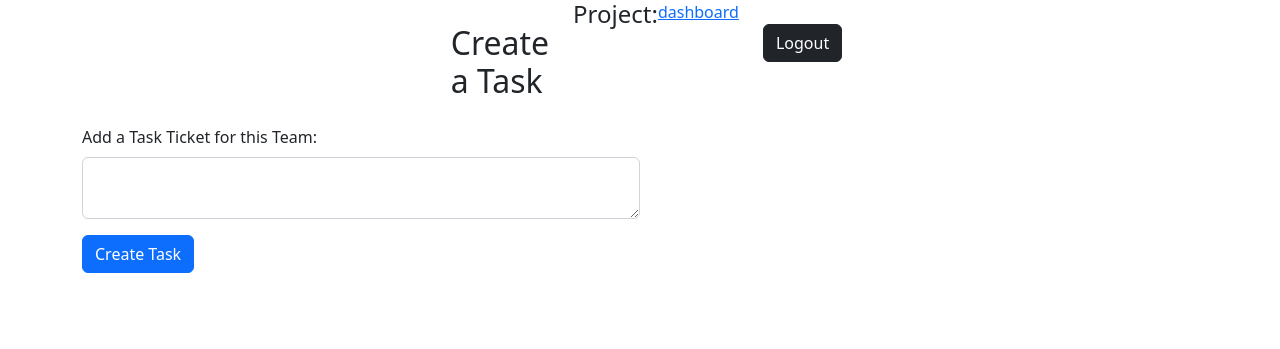
Repository: Watchitgo333/JavaTemplates
Page: http://localhost/ProjectManager/WEB-INF/ProjectTasks.jsp
These files come from the project's save history. The page is drawn as it stood at one moment and after the next save; the edit follows.
The browser window is 1280 px wide. The pictures show the whole page.
The page is served by Tomcat 9. Nobody is signed in. Other server files are loaded and not shown. The template is opened directly, without the code that normally fills it, so the values that code supplies are empty.

Above is the page before, as saved 2022-06-21 00:16:53.

### TemplateCode/ProjectManager/ProjectManager/src/main/webapp/WEB-INF/ProjectTasks.jsp
<%@ page language="java" contentType="text/html; charset=UTF-8" pageEncoding="UTF-8"%>
<%@ taglib prefix="c" uri="http://java.sun.com/jsp/jstl/core"%>
<%@ taglib prefix="form" uri="http://www.springframework.org/tags/form" %>
<%@ page isErrorPage="true"%>
<!-- CSS only -->
<link href="https://cdn.jsdelivr.net/npm/bootstrap@5.2.0-beta1/dist/css/bootstrap.min.css" rel="stylesheet" integrity="sha384-0evHe/X+R7YkIZDRvuzKMRqM+OrBnVFBL6DOitfPri4tjfHxaWutUpFmBp4vmVor" crossorigin="anonymous">
<!DOCTYPE html>
<html>
<head>
<meta charset="UTF-8">
<title>Project Tasks</title>
</head>
<body>
	<div class="mx-auto col-4 d-flex justify-content-start">
		<h2 class="m-4">Create a Task</h2>
		<h4>Project: ${project.title}</h4>
		<a href="/dashboard">dashboard</a>
		<form action="/logout" method="GET">
			<button type="submit" class="btn btn-dark m-4">Logout</button>
		</form>
	</div>
	<div class="container">
		<form:form class="col-6" action="/projects/${project.id}/tasks/create" method="POST" modelAttribute="task">
			<div class="mb-3">
				<form:label path="taskName" class="form-label">Add a Task Ticket for this Team:</form:label>
				<form:errors class="text-danger" path="taskName"/>
				<form:textarea class="form-control" path="taskName"/>
			</div>
			<button class="btn btn-primary" type="submit">Create Task</button>
		</form:form>
		<div>
			<p></p>
		</div>
	</div>
</body>
</html>

After the next save:
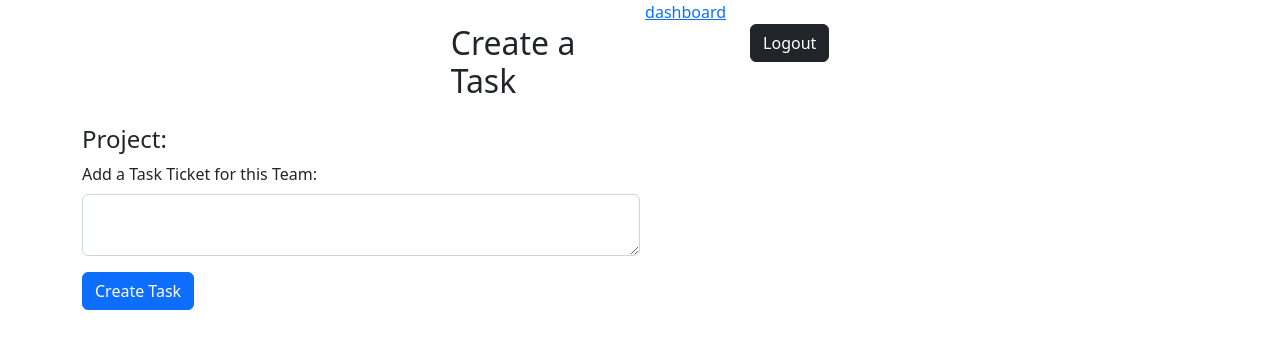
Saved 24 s later.
--- a/TemplateCode/ProjectManager/ProjectManager/src/main/webapp/WEB-INF/ProjectTasks.jsp
+++ b/TemplateCode/ProjectManager/ProjectManager/src/main/webapp/WEB-INF/ProjectTasks.jsp
@@ -13,13 +13,13 @@
 <body>
 	<div class="mx-auto col-4 d-flex justify-content-start">
 		<h2 class="m-4">Create a Task</h2>
-		<h4>Project: ${project.title}</h4>
 		<a href="/dashboard">dashboard</a>
 		<form action="/logout" method="GET">
 			<button type="submit" class="btn btn-dark m-4">Logout</button>
 		</form>
 	</div>
 	<div class="container">
+		<h4>Project: ${project.title}</h4>
 		<form:form class="col-6" action="/projects/${project.id}/tasks/create" method="POST" modelAttribute="task">
 			<div class="mb-3">
 				<form:label path="taskName" class="form-label">Add a Task Ticket for this Team:</form:label>
